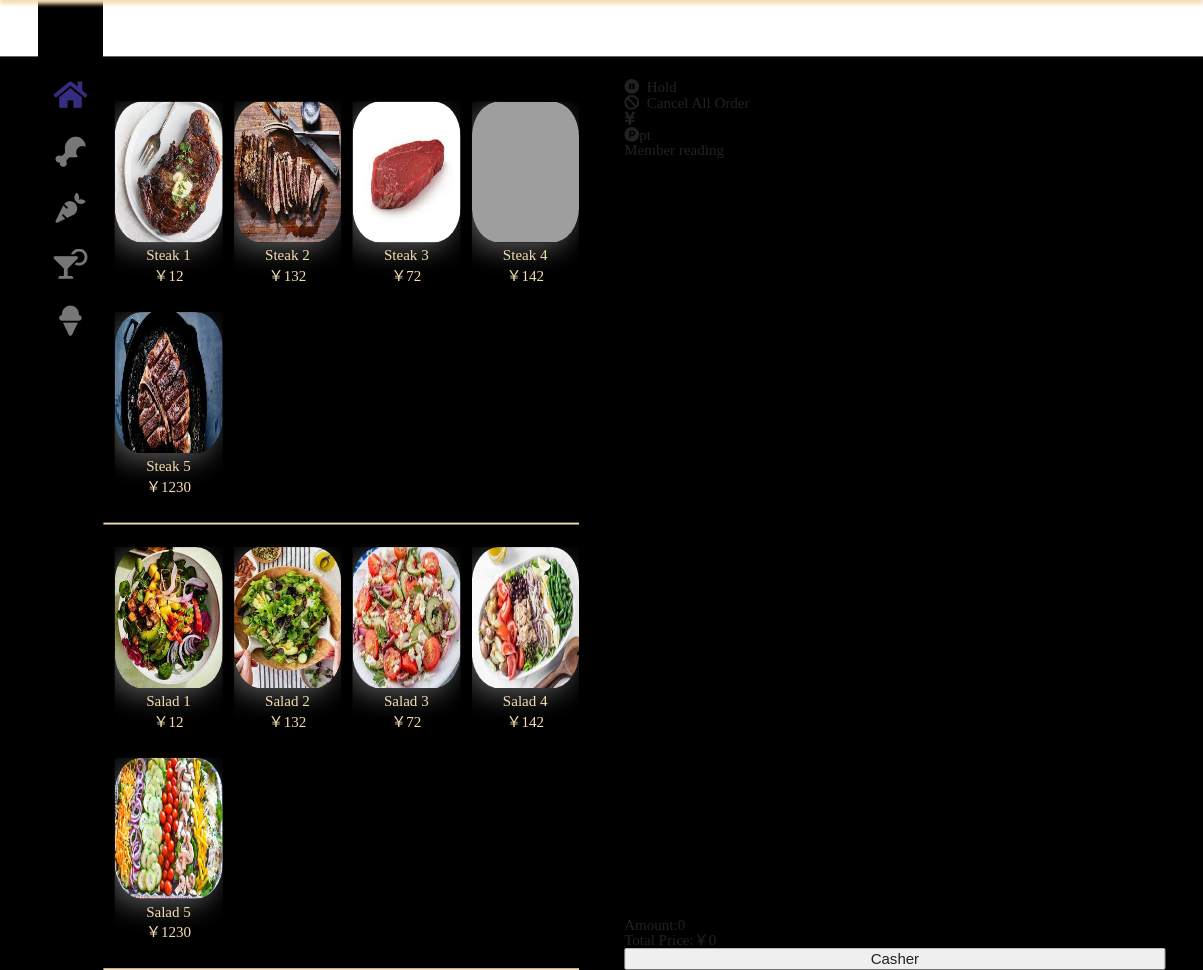
Repository: vuhungson158/Menu
Page: /
These files come from the project's save history. The page is drawn as it stood at one moment and after the next save; the edit follows.
The browser window is 1280 px wide. The pictures show the whole page, at 94% of full size.
Pictures or frames that could not be fetched are drawn as grey boxes. The project was rebuilt for these pictures with package versions that can differ from the ones it lists, and the page was loaded fresh each time. Also part of the build but not shown: src/component/mainMenu/orderBlock/orderContent/OrderedItem.jsx, src/redux-store/actions/HoldActions.jsx, src/component/mainMenu/orderBlock/utilities/HoldItem.jsx.

Above is the page before, as saved 2021-08-22 09:55:27.

### public/index.html
<!DOCTYPE html>
<html lang="en">
  <head>
    <meta charset="utf-8" />
    <link rel="icon" href="%PUBLIC_URL%/favicon.ico" />
    <meta name="viewport" content="width=device-width, initial-scale=1" />
    <meta name="theme-color" content="#000000" />
    <meta
      name="description"
      content="Web site created using create-react-app"
    />
    <link rel="apple-touch-icon" href="%PUBLIC_URL%/logo192.png" />
    <!--
      manifest.json provides metadata used when your web app is installed on a
      user's mobile device or desktop. See https://developers.google.com/web/fundamentals/web-app-manifest/
    -->
    <link rel="manifest" href="%PUBLIC_URL%/manifest.json" />
    <link rel="stylesheet" href="fontawesome-5.15.3-web/css/all.min.css">

    <!--
      Notice the use of %PUBLIC_URL% in the tags above.
      It will be replaced with the URL of the `public` folder during the build.
      Only files inside the `public` folder can be referenced from the HTML.

      Unlike "/favicon.ico" or "favicon.ico", "%PUBLIC_URL%/favicon.ico" will
      work correctly both with client-side routing and a non-root public URL.
      Learn how to configure a non-root public URL by running `npm run build`.
    -->
    <title>Restaurant Menu</title>
  </head>
  <body>
    <noscript>You need to enable JavaScript to run this app.</noscript>
    <div id="root"></div>
    <!--
      This HTML file is a template.
      If you open it directly in the browser, you will see an empty page.

      You can add webfonts, meta tags, or analytics to this file.
      The build step will place the bundled scripts into the <body> tag.

      To begin the development, run `npm start` or `yarn start`.
      To create a production bundle, use `npm run build` or `yarn build`.
    -->
  </body>
</html>

### src/redux-store/index.jsx
import { createStore, applyMiddleware } from "redux";
import { composeWithDevTools } from "redux-devtools-extension";
import thunk from "redux-thunk";
import rootReducer from "./reducers";

const initialState = {};

const middleware = [thunk];

const store = createStore(
    rootReducer,
    initialState,
    composeWithDevTools(applyMiddleware(...middleware))
);

export default store;

### src/component/mainMenu/index.jsx
import React from 'react';
import CenterMenu from './centerMenu';
import OrderBlock from './orderBlock';

const MainMenu = () => {
    return (
        <div id="main-menu">
            <div className="container">
                <div className="grid">
                    <CenterMenu />
                    <OrderBlock />
                </div>
            </div>
        </div >
    )
}

export default MainMenu

### src/component/navbar/index.jsx
import React, { useState } from 'react';
import Clock from './Clock';

const Navbar = () => {

    const nav_height = "-60px"
    const [active, setActive] = useState(false);

    var prevScrollpos = window.pageYOffset;
    window.onscroll = function () {
        var currentScrollPos = window.pageYOffset;
        if (prevScrollpos > currentScrollPos) {
            document.getElementById("navbar").style.top = "0";
        } else {
            document.getElementById("navbar").style.top = nav_height;
        }
        prevScrollpos = currentScrollPos;
    }

    return (
        <nav id="navbar">
            <div className="container">
                <h1>Menu</h1>
                <Clock />
                <div className={`setting-icon ${active ? `active` : ""}`}
                    onClick={() => setActive(!active)} >
                    <span></span>
                    <span></span>
                    <span></span>
                    {
                        active ?
                            <ul className="setting-menu">
                                <li>Language</li>
                                <li>Dark Mode</li>
                                <li>Size</li>
                                <li>...something</li>
                            </ul>
                            : ""
                    }
                </div>

            </div>
        </nav>
    )
}

export default Navbar

### src/styles/App.scss
@import "./_variables";
@import "./mixin";

* {
    box-sizing: border-box;
    font-family: "Fira sans", sans-serif;
}
body {
    font-size: 10px;
}

@media (max-width: $breakpoint_mobile) {
    :root {
        --container_width: 100%;
    }
}
@media (min-width: $breakpoint_mobile) {
    :root {
        --container_width: 720px;
    }
}
@media (min-width: $breakpoint_ipad) {
    :root {
        --container_width: 960px;
    }
}
@media (min-width: $breakpoint_sm_pc) {
    :root {
        --container_width: 1200px;
    }
}
@media (min-width: $breakpoint_pc) {
    :root {
        --container_width: 1800px;
    }
}

.container {
    margin: 0 auto;
    max-width: var(--container_width);
}

#navbar {
    position: fixed;
    height: $navbar_height;
    top: 0;
    left: 0;
    right: 0;
    z-index: $navbar_z-index;
    background-color: $background-color_1st;
    color: $color_1st;
    box-shadow: 0 4px 4px 0 $color_1st;
    transition: 0.5s;

    .container {
        position: relative;
        display: flex;
        align-items: center;
        justify-content: space-between;

        h1 {
            color: $color_1st;
            font-size: 3.6rem;
            font-weight: 900;
            letter-spacing: 2px;
            text-transform: uppercase;
        }

        #clock {
            font-size: 2.4rem;
            font-weight: 600;
        }

        .setting-icon {
            display: block;
            position: relative;
            z-index: 1;
            user-select: none;
            appearance: none;
            border: none;
            outline: none;
            background: none;
            cursor: pointer;

            span {
                display: block;
                position: relative;
                width: 36px;
                height: 4px;
                margin-bottom: 6px;
                background-color: $background-color_2nd;
                border-radius: 10%;
                z-index: 1;
                transform-origin: 0 0;
                transition: 0.5s;
            }

            &:hover span:nth-child(2) {
                background-color: $color_3rd;
            }

            &.active {
                span:nth-child(1) {
                    transform: translate(0px, -2px) rotate(45deg);
                }
                span:nth-child(2) {
                    opacity: 0;
                    transform: translateX(36px);
                }
                span:nth-child(3) {
                    transform: translate(-3px, 3px) rotate(-45deg);
                }
            }
            .setting-menu {
                position: absolute;
                right: 0;
                border: 2px solid $color_2nd;
                border-radius: 5%;
                overflow: hidden;
                padding: 12px;
                background-color: $background-color_1st;
                cursor: auto;
                animation: dropDown 0.2s;

                li {
                    min-width: 120px;
                    cursor: pointer;
                    text-align: center;
                    padding: 12px 8px;
                    font-size: 1.6rem;
                    transition: 0.2s;
                    &:hover {
                        transform: scale(1.2);
                        color: $color_3rd;
                    }
                }
            }
        }
    }
}

#main-menu {
    background-color: $background-color_1st;
    margin-top: $navbar_height;
    min-height: 100vh;
    .container {
        padding-top: 24px;
        .grid {
            --margin_left: 48px;
            display: flex;
            margin-left: calc(-1 * var(--margin_left));
            #center-menu,
            #order-block {
                margin-left: var(--margin_left);
                width: calc(50% - var(--margin_left));
            }
            #center-menu {
                --side-nav_width: 70px;
                #side-nav {
                    position: fixed;
                    top: 0;
                    bottom: 0;
                    width: var(--side-nav_width);
                    background: $background-color_1st;
                    overflow: hidden;
                    transition: width 0.2s;
                    z-index: 1;
                    &:hover {
                        width: 300px;
                    }
                    ul {
                        position: absolute;
                        top: 0;
                        left: 0;
                        width: 100%;
                        padding-left: 5px;
                        top: 10%;
                        li {
                            opacity: 0.5;
                            a {
                                position: relative;
                                display: block;
                                width: 100%;
                                display: flex;
                                text-decoration: none;
                                color: $color_2nd;
                                font-size: 2rem;
                                .icon {
                                    position: relative;
                                    display: block;
                                    min-width: 60px;
                                    height: 60px;
                                    line-height: 60px;
                                    text-align: center;
                                    i {
                                        position: relative;
                                        font-size: 2rem;
                                        z-index: 1;
                                    }
                                }
                                .title {
                                    position: relative;
                                    display: block;
                                    padding-left: 10px;
                                    height: 60px;
                                    line-height: 60px;
                                    white-space: nowrap;
                                }
                            }
                            &.active,
                            &:hover {
                                .icon,
                                .title {
                                    transition: 0.2s;
                                    color: $color_3rd;
                                }
                            }
                        }
                    }
                }
                #menu {
                    margin-left: calc(var(--side-nav_width) + 12px);
                    .page {
                        --spacing: 12px;
                        --columns: 4;
                        display: flex;
                        flex-wrap: wrap;
                        margin-left: calc(-1 * var(--spacing));
                        margin-top: calc(2 * var(--spacing));
                        border-bottom: 2px solid $background-color_2nd;
                        .food-item {
                            overflow: hidden;
                            margin-left: var(--spacing);
                            width: calc(100% / var(--columns) - var(--spacing));
                            display: flex;
                            flex-direction: column;
                            height: 200px;
                            cursor: pointer;
                            margin-bottom: calc(2 * var(--spacing));
                            transition: 0.2s;
                            &:hover .food-img {
                                box-shadow: 7px -7px 28px 0 $background-color_3rd;
                            }
                            .food-img {
                                height: 150px;
                                border-radius: 25%;
                                box-shadow: -7px 7px 28px 0 $box-shadow-color;
                            }
                            .food-name,
                            .food-price {
                                color: $color_1st;
                                text-align: center;
                                margin-top: calc(0.5 * var(--spacing));
                            }
                        }
                    }
                }
            }
            #order-block {
                display: flex;
                flex-direction: column;
                #order-list{
                    flex-grow: 1;
                }
            }
        }
    }
}

### src/redux-store/reducers/index.jsx
import { combineReducers } from "redux";
import HoldReducer from "./HoldReducer";
import MenuReducer from "./MenuReducer";
import OrderReducer from "./OrderReducer";

const rootReducer = combineReducers({
    menu: MenuReducer,
    order: OrderReducer,
    hold:HoldReducer
});

export default rootReducer;

### src/component/mainMenu/centerMenu/index.jsx
import React from 'react';
import MenuPage from './MenuPage';
import PropTypes from 'prop-types';
import { connect } from 'react-redux';
import SideBar from './sidebar';

const CenterMenu = ({ foods }) => {
    return (
        <div id="center-menu">
            <SideBar />
            <div id="menu">
                {
                    Object.entries(foods).map(page => (
                        <MenuPage key={page[0]} page={page[1]} />
                    ))
                }
            </div>
        </div >
    )
};

CenterMenu.prototype = {
    foods: PropTypes.array.isRequired,
};

const mapStateToProps = state => ({
    foods: state.menu.foods
});

export default connect(mapStateToProps)(CenterMenu)

### src/component/mainMenu/orderBlock/index.jsx
import React from 'react'
import MemberInfo from './MemberInfo'
import OrderedContent from './orderContent'
import Utilities from './utilities'


const OrderBlock = () => {

    return (
        <div id="order-block" className="d-flex flex-column">
            <Utilities />
            <MemberInfo />
            <OrderedContent />
            <button id="casher-btn" className="btn btn-primary">Casher</button>
        </div>
    )
}

export default OrderBlock

### src/component/navbar/Clock.jsx
import React, { useEffect, useState } from 'react'
import { showTime } from '../../pure-JS/MyTime';

const Clock = () => {

    const [clock, setClock] = useState("")

    useEffect(() => {
        const intervalClock = setInterval(() => setClock(showTime()), 1000);
        return () => clearInterval(intervalClock);
    }, []);

    return (
        <div id="clock">{clock ? clock : showTime()}</div>
    )
}

export default Clock

### src/styles/_variables.scss
:root {
    --spacing: 0;
    --container_width: 0;
    --columns: 0;
}

// Color
$color_1st: wheat;
$color_2nd: #eee;
$color_3rd: #6a5af9;
$color_4th: #3d6ef7;
$color_light: #ededed;
$color_dark: black;

$box-shadow-color: #555;

// Background Color
$background-color_1st: black;
$background-color_2nd: wheat;
$background-color_3rd: #6a5af9;
$background-color_4th: #3D6EF7;;

// z-index
$navbar_z-index: 99;

// Height
$navbar_height: 60px;

// Width
$breakpoint_mobile: 768px;
$breakpoint_ipad: 1024px;
$breakpoint_sm_pc: 1224px;
$breakpoint_pc: 1824px;

### src/styles/_mixin.scss
@keyframes dropDown {
    0% {
        transform: translateY(-100px);
    }
    100% {
        transform: skewY(0);
    }
}

### src/redux-store/reducers/HoldReducer.jsx
import { MAKE_HOLD } from "../actions/TYPE";

var initialState = {
    holder: [{}, {}, {}, {}, {}, {}, {}, {}, {}, {}]
}

const HoldReducer = (state = initialState, action) => {
    const { type, payload } = action;

    switch (type) {
        case MAKE_HOLD:
            if (payload.totalAmount === 0) {
                state.holder[payload.index] = {};
                return state;
            } else {
                state.holder[payload.index] = payload;
                return state;
            }
        default:
            return state;
    }
};

export default HoldReducer;

### src/redux-store/reducers/MenuReducer.jsx
import { SWITCH_BRANCH } from "../actions/TYPE";
import { MenuInitialState } from "./MenuInitialState";

const MenuReducer = (state = MenuInitialState, action) => {
    const { type, payload } = action;

    switch (type) {
        case SWITCH_BRANCH:
            return {
                ...state,
                branchs: state.branchs.map((branch) => {
                    if (branch.id === payload) branch.active = true;
                    else if (branch.active) branch.active = false;
                    return branch;
                })
            };
        default:
            return state;
    }
};

export default MenuReducer;

### src/component/mainMenu/centerMenu/MenuPage.jsx
import React from 'react'
import MenuItem from './MenuItem'

const MenuPage = ({ page }) => {
    return (
        <div className="page">
            {
                page.map((food) => (
                    <MenuItem key={food.id} food={food} />
                ))
            }
        </div>
    )
}

export default MenuPage

### src/component/mainMenu/centerMenu/sidebar/index.jsx
import React from 'react'
import PropTypes from 'prop-types';
import { connect } from 'react-redux';
import { switchBranch } from '../../../../redux-store/actions/MenuActions';

const SideBar = ({branchs, switchBranch}) => {
    return (
        <div id="side-nav" className="side-nav">
            <ul>
                {
                    branchs.map((branch) => (
                        <li key={branch.id} className={branch.active ? "list active" : "list"} >
                            <a href="/#" onClick={() => switchBranch(branch.id)}>
                                <span className="icon"><i className={branch.icon}></i></span>
                                <span className="title">{branch.name}</span>
                            </a>
                        </li>
                    ))
                }
            </ul>
        </div>
    )
}

SideBar.prototype = {
    branchs: PropTypes.array.isRequired,
    switchBranch: PropTypes.func.isRequired
};

const mapStateToProps = state => ({
    branchs: state.menu.branchs
});

export default connect(mapStateToProps, { switchBranch })(SideBar)

### src/component/mainMenu/orderBlock/MemberInfo.jsx
import React from 'react'

const MemberInfo = () => {
    return (
        <div id="member-info">
            <div>
                <i className="fas fa-yen-sign"></i>
                <span></span>
            </div>
            <div>
                <i className="fab fa-product-hunt"></i>
                <span>pt</span>
            </div>
            <div>
                Member reading
            </div>
        </div>
    )
}

export default MemberInfo

### src/component/mainMenu/orderBlock/orderContent/index.jsx
import React from 'react'
import { connect } from 'react-redux';
import PropTypes from 'prop-types';
import OrderedItem from './OrderedItem'

const OrderedContent = ({ orders }) => {

    const totalAmount = orders.reduce((acc, order) => (acc + order.amount), 0);
    const totalPrice = orders.reduce((acc, order) => (acc + order.price * order.amount), 0);

    return (
        <>
            <div id="order-list">
                <table>
                    {
                        orders.map((order) => (
                            <OrderedItem key={order.id} order={order} />
                        ))
                    }
                </table>
            </div>
            <div id="total">
                <div>
                    Amount:<span>{totalAmount ? totalAmount : 0}</span>
                </div>
                <div>
                    Total Price:<span>￥{totalPrice ? totalPrice : 0}</span>
                </div>
            </div>
        </>
    )
}
OrderedContent.prototype = {
    orders: PropTypes.array.isRequired,
};

const mapStateToProps = state => ({
    orders: state.order.ordered_item,
    totalAmount: state.order.totalAmount,
    totalPrice: state.order.totalPrice
});

export default connect(mapStateToProps)(OrderedContent)

### src/component/mainMenu/centerMenu/MenuItem.jsx
import React from 'react'
import PropTypes from 'prop-types';
import { connect } from 'react-redux';
import { addToOrder } from '../../../redux-store/actions/OrderActions';

const MenuItem = ({ food, addToOrder }) => {

    return (
        <div className="food-item" key={food.id} onClick={() => { addToOrder(food) }}>
            <img className="food-img" src={food.img} alt="" />
            <div className="food-name">{food.name}</div>
            <div className="food-price">￥{food.price}</div>
        </div>
    )
}

MenuItem.prototype = {
    addToOrder: PropTypes.func.isRequired,
};

const mapStateToProps = state => ({
});

export default connect(mapStateToProps, { addToOrder })(MenuItem)

### src/redux-store/actions/MenuActions.jsx
import { SWITCH_BRANCH } from "./TYPE";


export const switchBranch = newID => dispatch => {
    dispatch({
        type: SWITCH_BRANCH,
        payload: newID
    })
};

### src/redux-store/actions/OrderActions.jsx
import { ADD_ORDER, AMOUNT_DOWN, AMOUNT_UP, CHANGE_AMOUNT, CLEAR_ALL, HOLD_TO_ORDER } from "./TYPE";
import { v4 as uuidV4 } from "uuid";

export const addToOrder = item => dispatch => {
    dispatch({
        type: ADD_ORDER,
        payload: { ...item, id: uuidV4(), amount: 1 }
    })
};

export const holdToOrder = orders => dispatch => {
    dispatch({
        type: HOLD_TO_ORDER,
        payload: orders
    })
};

export const changeAmount = (id, amount) => dispatch => {
    dispatch({
        type: CHANGE_AMOUNT,
        payload: { id, amount: parseInt(amount, 10) }
    })
};

export const amountUp = id => dispatch => {
    dispatch({
        type: AMOUNT_UP,
        payload: id
    })
};

export const amountDown = (id, amount) => dispatch => {
    dispatch({
        type: AMOUNT_DOWN,
        payload: { id, amount }
    })
};

export const clearAll = () => dispatch => {
    dispatch({
        type: CLEAR_ALL,
        payload: null
    })
};

Loaded but not shown: src/serviceWorker.js (common file); src/styles/Reset.css (common file); public/fontawesome-5.15.3-web/css/all.min.css (library); src/redux-store/reducers/MenuInitialState.js (124 lines, source omitted); src/index.js (20 lines, source omitted); src/redux-store/actions/TYPE.js (13 lines, source omitted); src/pure-JS/MyTime.js (13 lines, source omitted); src/App.js (16 lines, source omitted); src/redux-store/reducers/OrderReducer.jsx (71 lines, source omitted); src/component/mainMenu/orderBlock/utilities/index.jsx (54 lines, source omitted)

After the next save:
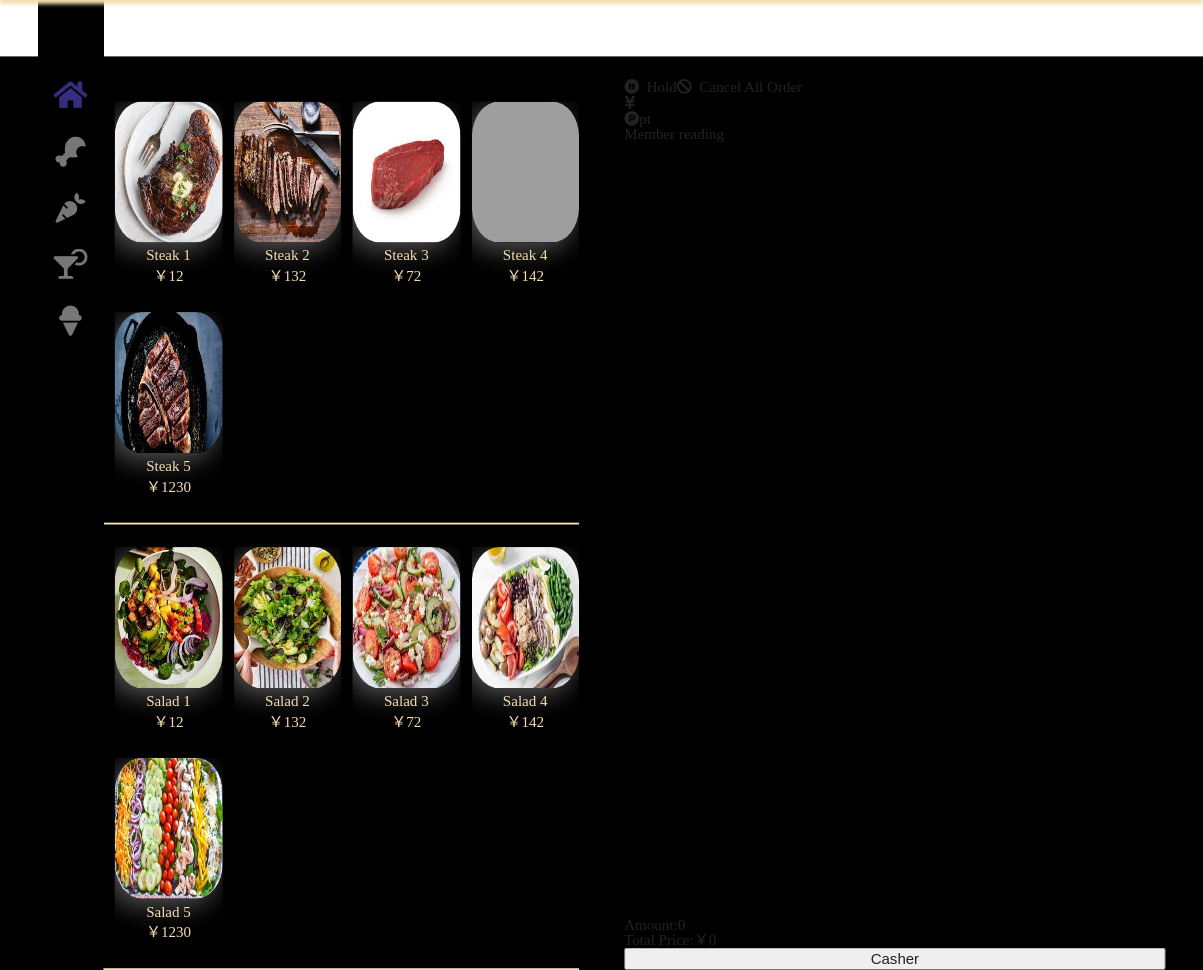
Saved 75 s later.
--- a/src/styles/App.scss
+++ b/src/styles/App.scss
@@ -259,6 +259,9 @@ body {
             #order-block {
                 display: flex;
                 flex-direction: column;
+                #utilities{
+                    display: flex;
+                }
                 #order-list{
                     flex-grow: 1;
                 }
